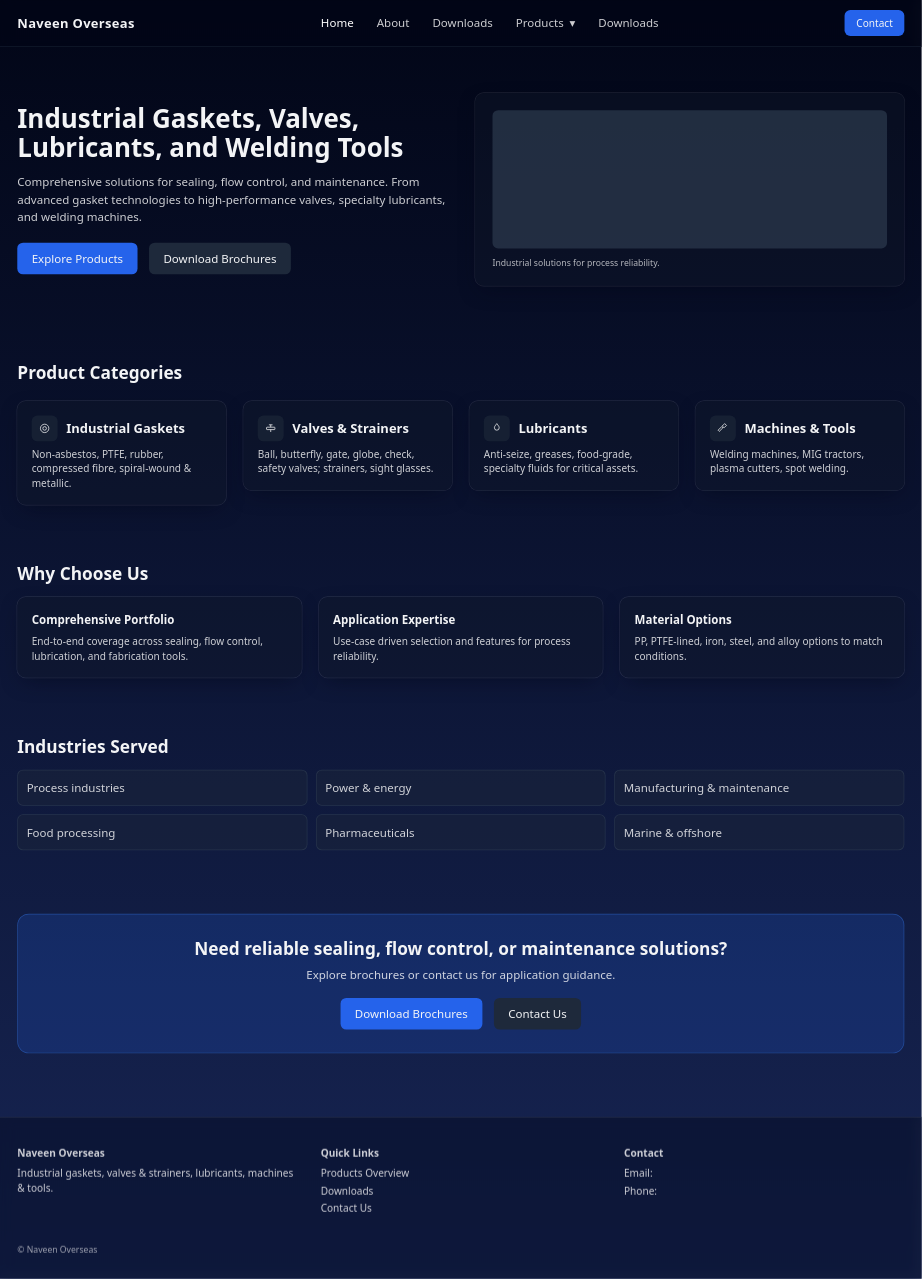
Repository: krish634-ai/overs
Page: /
These files come from the project's save history. The page is drawn as it stood at one moment and after the next save; the edit follows.
The browser window is 1280 px wide. The pictures show the whole page, at 72% of full size.
Pictures or frames that could not be fetched are drawn as grey boxes. The project was rebuilt for these pictures with package versions that can differ from the ones it lists, and the page was loaded fresh each time. Also part of the build but not shown: vite.config.js, src/pages/About.jsx, src/sections/Products/Grid.jsx, src/pages/Products.jsx, src/data/gaskets.js, src/pages/Gaskets.jsx, src/data/valves.js, src/pages/Valves.jsx and 7 more.

Above is the page before, as saved 2025-11-19 19:31:02.

After the next save:
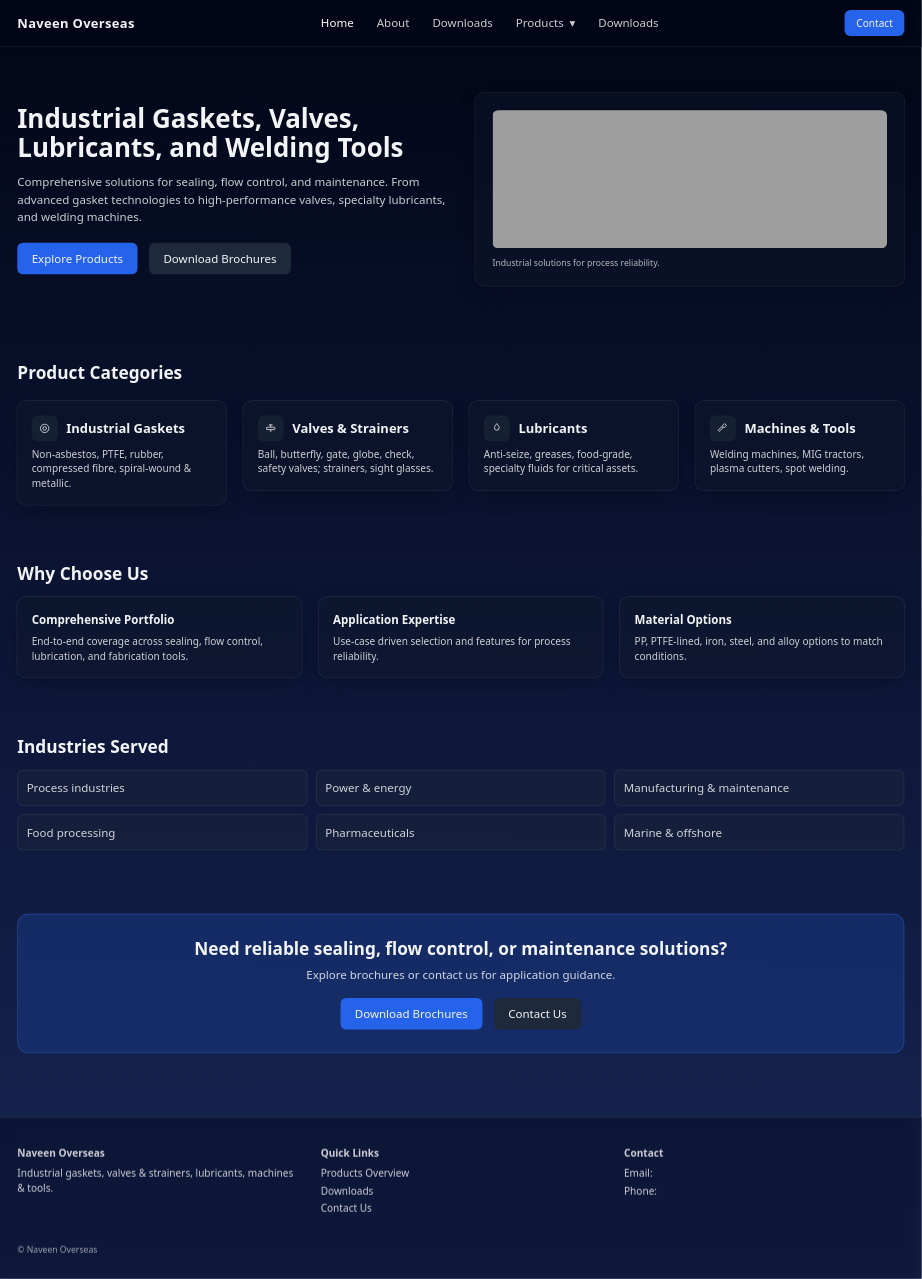
Saved 3 s later.
--- a/src/sections/Home/Hero.jsx
+++ b/src/sections/Home/Hero.jsx
@@ -1,4 +1,6 @@
 import LinkButton from '../../ui/LinkButton.jsx'
+import Image from '../../ui/Image.jsx'
+import { images } from '../../config/images.js'
 
 export default function Hero() {
   return (
@@ -13,7 +15,9 @@ export default function Hero() {
           </div>
         </div>
         <div className="rounded-xl bg-slate-900/40 p-6 ring-1 ring-white/10 shadow-soft">
-          <div data-image="hero-industrial.jpg" className="h-48 w-full rounded-lg bg-slate-700/60"></div>
+          <div className="h-48 w-full rounded-lg overflow-hidden">
+            <Image src={images.hero} alt="Industrial solutions" />
+          </div>
           <p className="mt-3 text-xs text-white/70">Industrial solutions for process reliability.</p>
         </div>
       </div>
